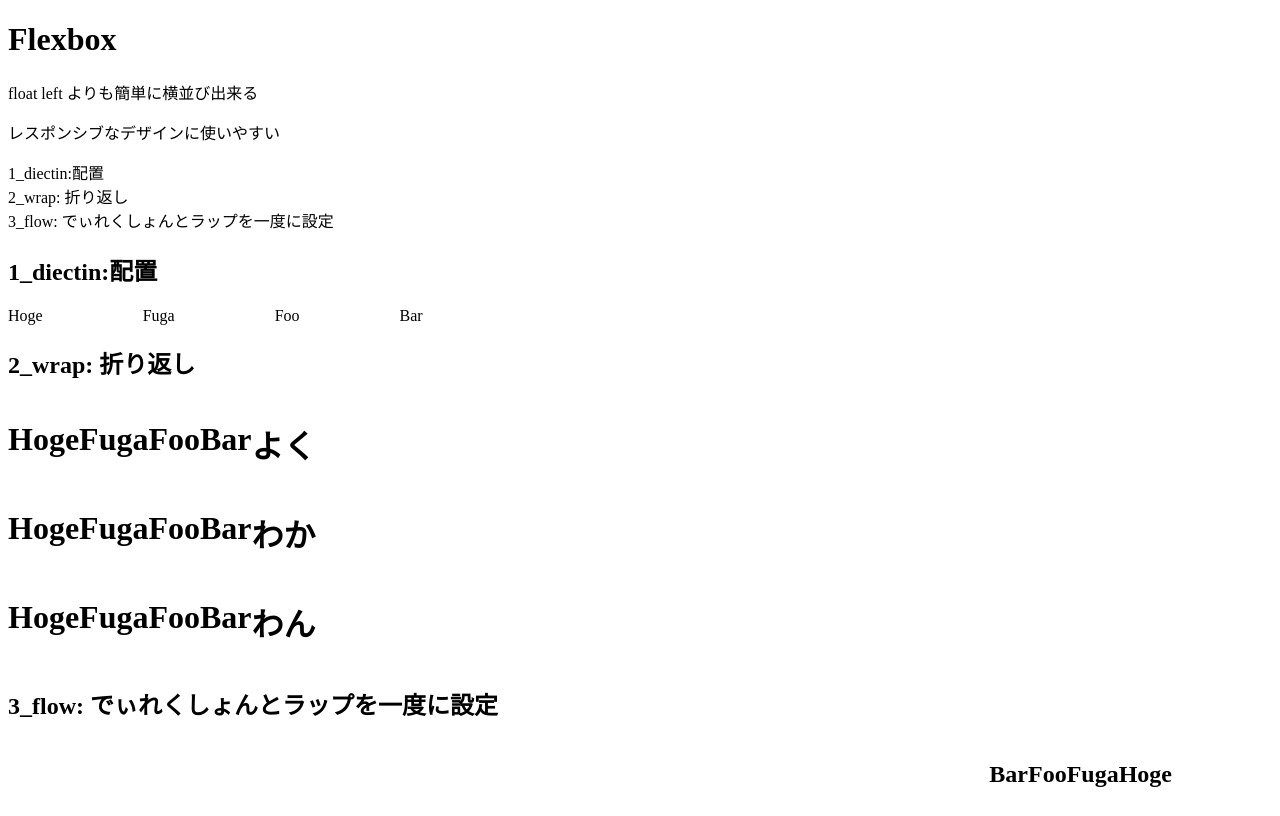
Repository: YokoInoue-u/samurai_HTML-CSS
Page: chap14.html
The author's editor kept a record of every edit. The page is drawn from the files as they stood at one moment, then again after the next edit.
The browser window is 1280 px wide. The pictures show the whole page.

Above is the page before.

### chap14.html
<!DOCTYPE html>
<html lang="ja">
<head>
    <meta charset="UTF-8">
    <meta name="viewport" content="width=device-width, initial-scale=1.0">
    <meta http-equiv="X-UA-Compatible" content="ie=edge">
    <title>chp14フレックスボックス</title>
    <style>
            #sort {
                display: flex;
                flex-wrap: wrap;
            }
            div {
              margin-right: 100px;
            }
            #no-wrap {
                display: flex;
                flex-wrap:nowrap;
            }

            #wrap {
                display: flex;
                flex-wrap:wrap;
            }

            #reverse {
                display: flex;
                flex-wrap:wrap-reverse;
            }
            #flex-flow {
                display: flex;
                flex-flow: row-reverse wrap;
            }
    </style>
</head>
<body>
    <h1>Flexbox</h1>
    <p>float left よりも簡単に横並び出来る</p>
    <p>レスポンシブなデザインに使いやすい</p>
    <p>1_diectin:配置</br>2_wrap: 折り返し</br>3_flow: でぃれくしょんとラップを一度に設定</p>

    <h2>1_diectin:配置</h2>
        <div id="sort">
            <div>
                Hoge
            </div>
            <div>
                Fuga
            </div>
            <div>
                Foo
            </div>
            <div>
                Bar
            </div>
        </div>
    <h2>2_wrap: 折り返し</h2>
        <div id="no-wrap">
            <h1>Hoge</h1>
            <h1>Fuga</h1>
            <h1>Foo</h1>
            <h1>Bar</h1>
            <h1>よく</h1>
        </div>
        <div id="wrap">
            <h1>Hoge</h1>
            <h1>Fuga</h1>
            <h1>Foo</h1>
            <h1>Bar</h1>
            <h1>わか</h1>
        </div>
        <div id="reverse">
            <h1>Hoge</h1>
            <h1>Fuga</h1>
            <h1>Foo</h1>
            <h1>Bar</h1>
            <h1>わん</h1>
        </div>
    <h2>3_flow: でぃれくしょんとラップを一度に設定</h2>
        <div id="flex-flow">
            <h2>Hoge</h2>
            <h2>Fuga</h2>
            <h2>Foo</h2>
            <h2>Bar</h2>
        </div>
</body>
</html>

After the next edit:
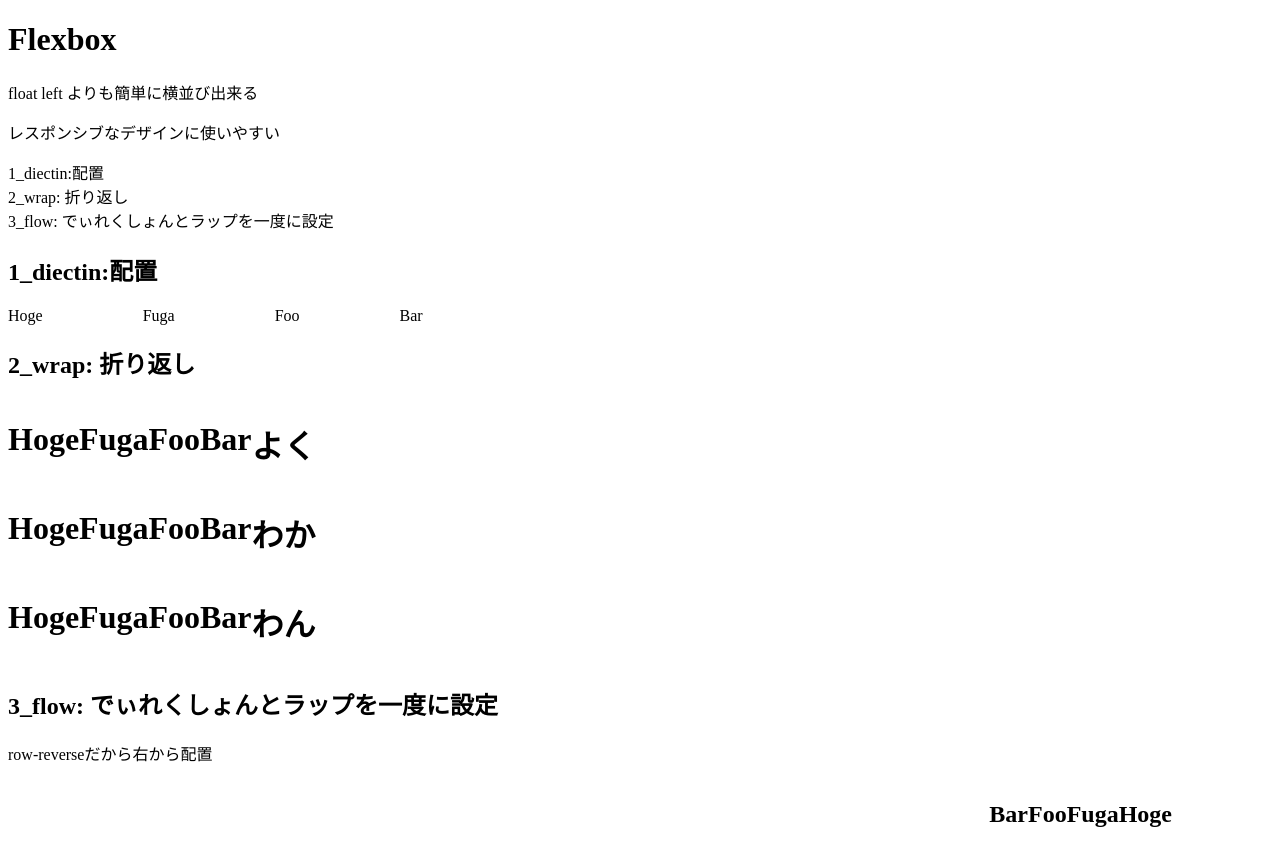
The edit:
--- a/chap14.html
+++ b/chap14.html
@@ -77,6 +77,7 @@
             <h1>わん</h1>
         </div>
     <h2>3_flow: でぃれくしょんとラップを一度に設定</h2>
+    <p>row-reverseだから右から配置</p>
         <div id="flex-flow">
             <h2>Hoge</h2>
             <h2>Fuga</h2>
